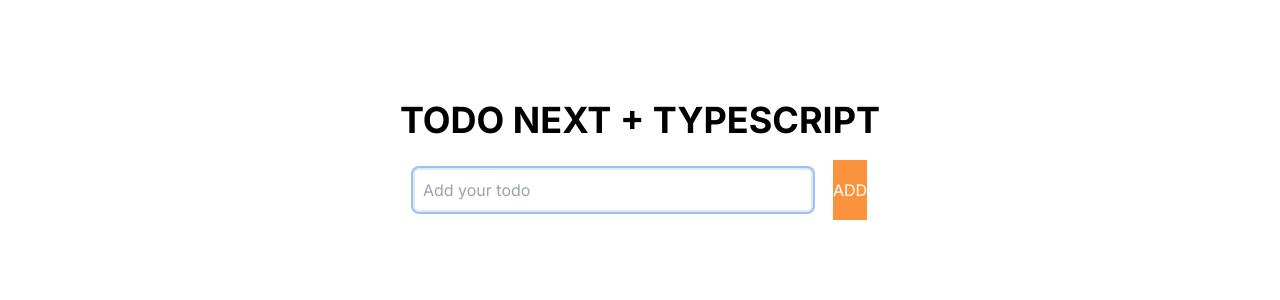
Repository: mehh000/next-ts-todo
Page: /
These files come from the project's save history. The page is drawn as it stood at one moment and after the next save; the edit follows.
The browser window is 1280 px wide. The pictures show the whole page.
The project was rebuilt for these pictures with package versions that can differ from the ones it lists, and the page was loaded fresh each time. The framework's server and built-in components were replaced by stand-ins that run in the browser. Also part of the build but not shown: next.config.mjs.

Above is the page before, as saved 2024-06-15 19:54:08.

### src/app/layout.tsx
import type { Metadata } from "next";
import { Inter } from "next/font/google";
import "./globals.css";
import { TodoProvider } from "./Context/store/add-todos";

const inter = Inter({ subsets: ["latin"] });

export const metadata: Metadata = {
  title: "Create Next App",
  description: "Generated by create next app",
};

export default function RootLayout({
  children,
}: Readonly<{
  children: React.ReactNode;
}>) {
  return (
    <html lang="en">
      <body className={inter.className}>
        <TodoProvider>{children}</TodoProvider>
      </body>
    </html>
  );
}

### src/app/page.tsx
import TODOS from "@/components/TODOS";
import AddTODO from "@/components/add-todo";
import React from "react";

const Page = () => {
  return (
    <main className="flex items-center flex-col mt-[100px] gap-5 " >
      <h2 className=" font-bold text-4xl  ">TODO NEXT + TYPESCRIPT</h2>
      <AddTODO />
      <TODOS />
    </main>
  );
};

export default Page;

### src/app/Context/store/add-todos.tsx
'use client'


import { ReactNode, createContext, useContext, useState } from "react";

export type Todo = {
  id: string;
  task: string;
  completed: boolean;
  createdAt: Date;
};

type TodosContextType = {
  todos: Todo[];
  handleAddTodo: (task: string) => void;
  toggleTodosCompleted: (id: string) => void;
  handleTodoClicke: (id: string) => void;
};

//i made the context now need tp make the Provider
export const todosContext = createContext<TodosContextType | undefined>(
  undefined
);

//this is the  provider

export const TodoProvider = ({children}: { children: ReactNode }) => {
  const [todos, setTodos] = useState<Todo[]>([]);

  const handleAddTodo = (task: string) => {
    const newTodo: Todo = {
      id: Math.random().toString(),
      task,
      completed: false,
      createdAt: new Date(),
    };
    setTodos((prevTodos) => [newTodo, ...prevTodos]);
  };


  const toggleTodosCompleted = (id: string) => {
    setTodos((prevTodos) =>
      prevTodos.map((todo) =>
        todo.id === id ? { ...todo, completed: !todo.completed } : todo
      )
    );
  };

  const handleTodoClicke = (id: string) => {
    setTodos((prevTodos) => prevTodos.filter((todo) => todo.id !== id));
  };

  return (
    <todosContext.Provider value={{
      todos,
     handleAddTodo,
     toggleTodosCompleted,
     handleTodoClicke,
      }}>
      {children}
    </todosContext.Provider>
  );
};
export const useTodoContext = () => useContext(todosContext)

### src/components/TODOS.tsx
"use client";

import React from "react";
import { useTodoContext } from "@/app/Context/store/add-todos";

const TODOS = () => {
  const { todos,toggleTodosCompleted,handleTodoClicke } = useTodoContext();
  const fltertodo = todos;

  return (
    <ul className="">
      {fltertodo.map((todo) => {
        return (
          <li className="" key={todo.id}>
            <input
              type="checkbox"
              name=""
              id={`todo-${todo.id}`}
              checked={todo.completed}
              onChange={() => toggleTodosCompleted(todo.id)}
            />
            <label htmlFor={`todo-${todo.id}`}>{todo.task}</label>
            {todo.completed && (
              <button type="button" onClick={() => handleTodoClicke(todo.id)}>
                Delete
              </button>
            )}
          </li>
        );
      })}
    </ul>
  );
};

export default TODOS;

### src/components/add-todo.tsx
// components/AddTODO.tsx

'use client';

import React, { useState } from "react";
import { useTodoContext } from "@/app/Context/store/add-todos"; // Adjust the path according to your project structure

const AddTODO: React.FC = () => {
  const { handleAddTodo } = useTodoContext();

  const [todo, setTodo] = useState<string>("");

  const handleSubmit = (e: React.FormEvent<HTMLFormElement>) => {
    e.preventDefault();
    handleAddTodo(todo);
    setTodo("");
  };

  return (
    <form onSubmit={handleSubmit} className="flex items-center gap-5">
      <input
        type="text"
        placeholder="Add your todo"
        className=" border-2 text-1xl p-2 ring-2 rounded-md w-[400px]  "
        value={todo}
        onChange={(event) => setTodo(event.target.value)}
      />
      <button type="submit" className=" bg-orange-400 text-white h-[60px] ">
        ADD
      </button>
    </form>
  );
};

export default AddTODO;

Loaded but not shown: src/app/globals.css (common file); tailwind.config.ts (common file)

After the next save:
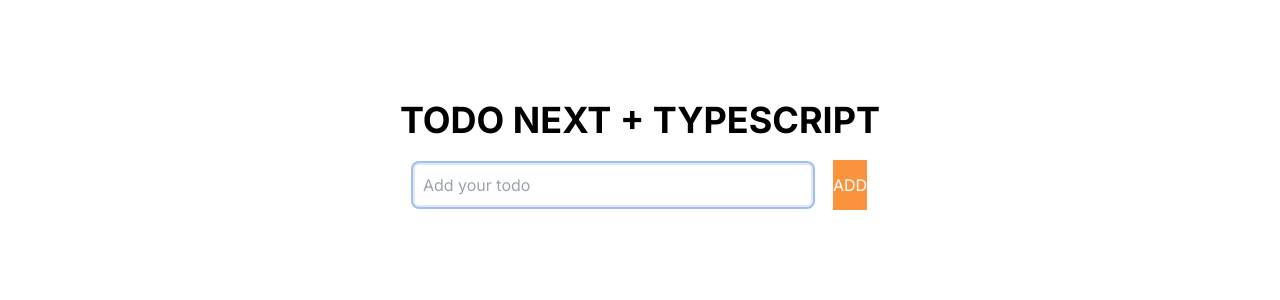
Saved 4 s later.
--- a/src/components/add-todo.tsx
+++ b/src/components/add-todo.tsx
@@ -25,7 +25,7 @@ const AddTODO: React.FC = () => {
         value={todo}
         onChange={(event) => setTodo(event.target.value)}
       />
-      <button type="submit" className=" bg-orange-400 text-white h-[60px] ">
+      <button type="submit" className=" bg-orange-400 text-white h-[50px] ">
         ADD
       </button>
     </form>
